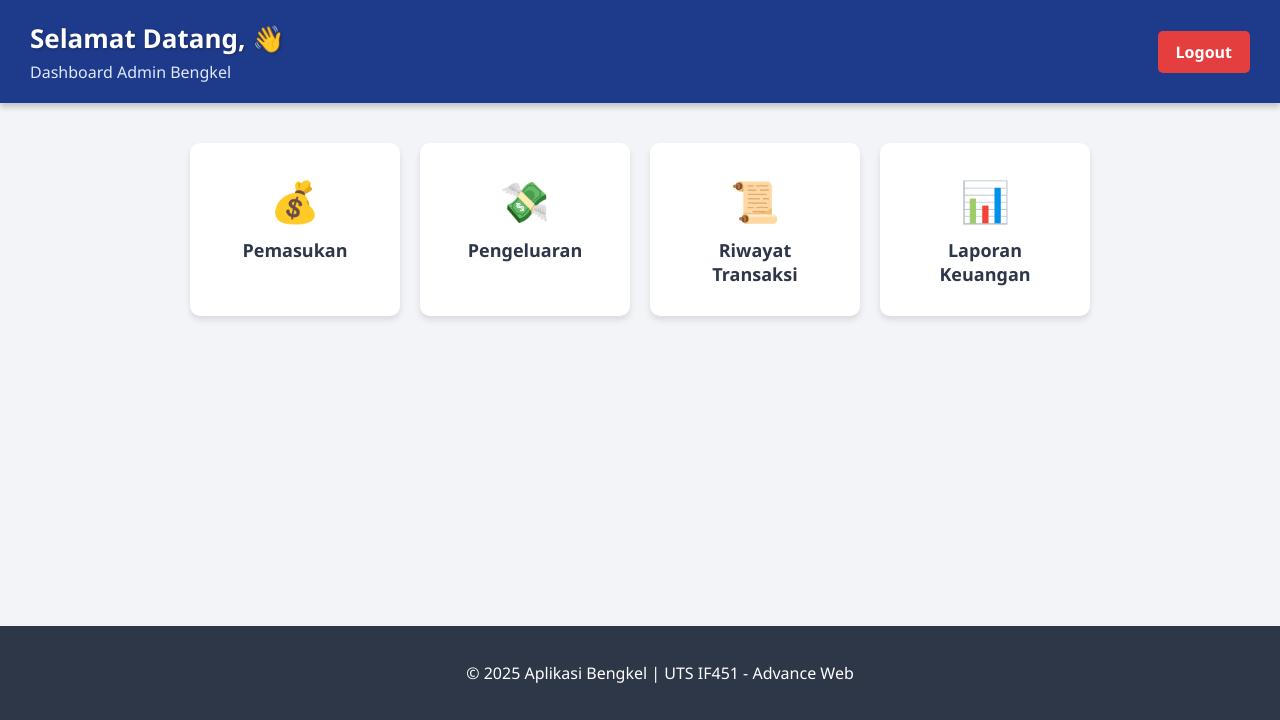
Repository: eligrahphilip/bengkel_managemen
Page: views/admin-menu.ejs
These files come from the project's save history. The page is drawn as it stood at one moment and after the next save; the edit follows.
The browser window is 1280 px wide. The pictures show the whole page.
The page is served by the project's Node server (server.js). The template is opened directly, without the code that normally fills it, so the values that code supplies are empty.

Above is the page before, as saved 2025-10-10 19:46:08.

After the next save:
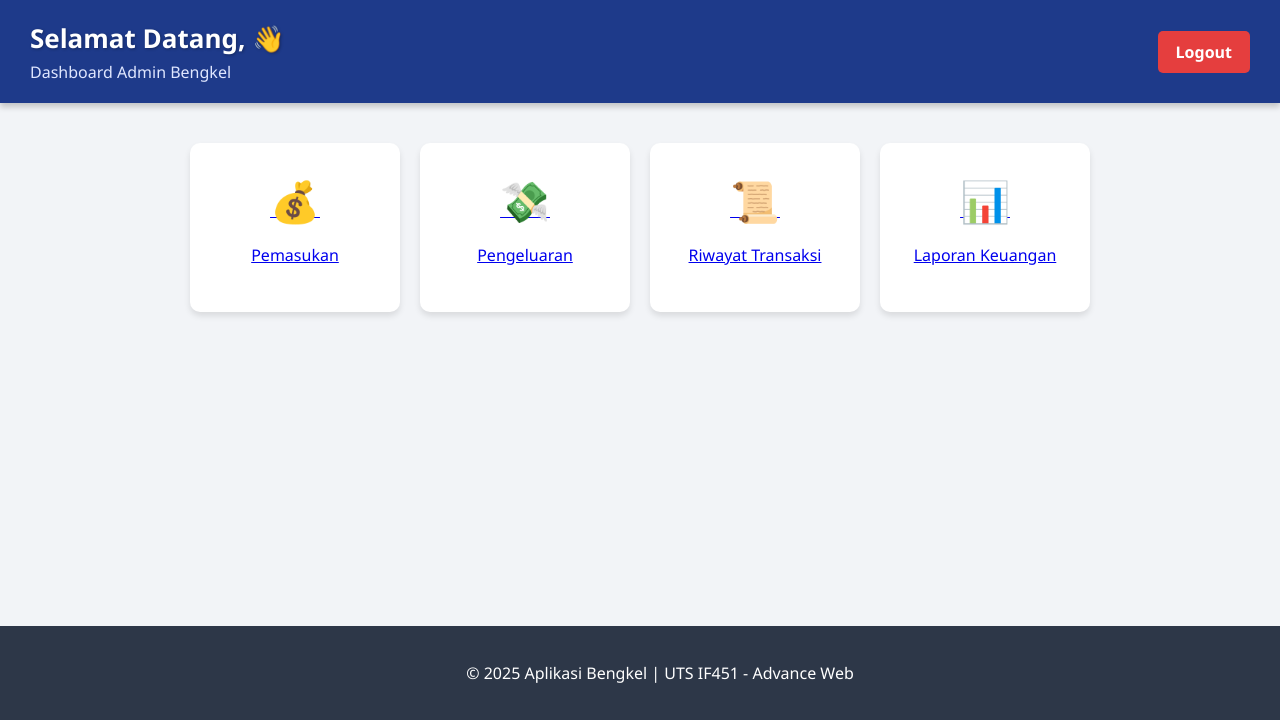
Saved 2 min 51 s later.
--- a/views/admin-menu.ejs
+++ b/views/admin-menu.ejs
@@ -111,27 +111,30 @@
     <a href="/logout" class="logout-btn">Logout</a>
   </header>
 
-  <div class="menu-container">
-    <div class="menu-card">
-      <span>💰</span>
-      <a href="/admin/income">Pemasukan</a>
-    </div>
+<div class="menu-container">
 
-    <div class="menu-card">
-      <span>💸</span>
-      <a href="/admin/expense">Pengeluaran</a>
-    </div>
+  <a href="/admin/income" class="menu-card">
+    <span>💰</span>
+    <p>Pemasukan</p>
+  </a>
 
-    <div class="menu-card">
-      <span>📜</span>
-      <a href="/admin/history">Riwayat Transaksi</a>
-    </div>
+  <a href="/admin/expense" class="menu-card">
+    <span>💸</span>
+    <p>Pengeluaran</p>
+  </a>
 
-    <div class="menu-card">
-      <span>📊</span>
-      <a href="/report">Laporan Keuangan</a>
-    </div>
-  </div>
+  <a href="/admin/history" class="menu-card">
+    <span>📜</span>
+    <p>Riwayat Transaksi</p>
+  </a>
+
+  <a href="/report" class="menu-card">
+    <span>📊</span>
+    <p>Laporan Keuangan</p>
+  </a>
+
+</div>
+
 
   <footer>
     <p>© 2025 Aplikasi Bengkel | UTS IF451 - Advance Web</p>
